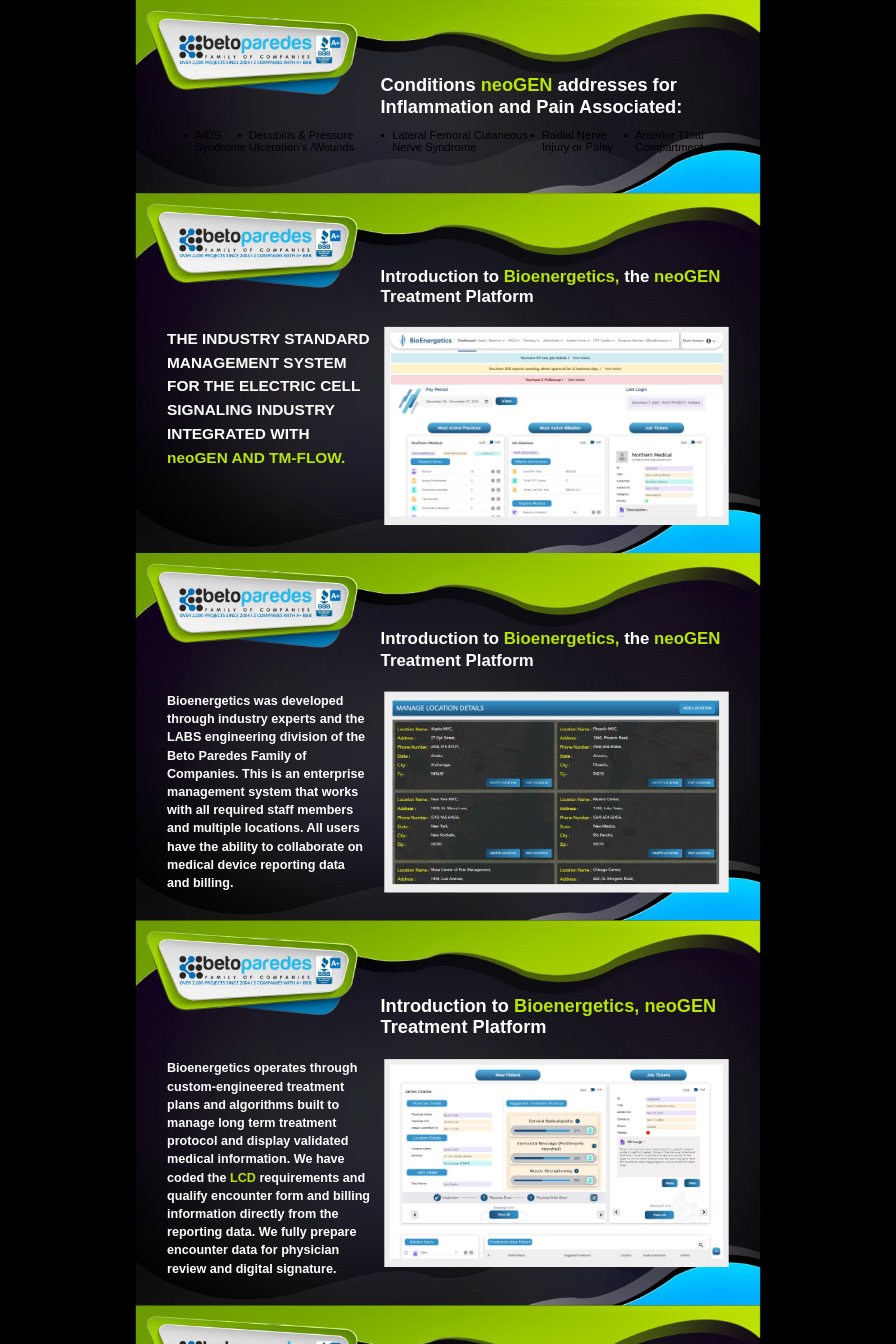
Repository: koushikbiswas/Beto_Paredes_Family_Opportunities_Intro_Deck
Page: slide29.html
An editor plug-in stored every save of this project. The page is shown before and after the next save, followed by the edit.
The browser window is 1280 px wide. The pictures show the part of the page from y = 0 to 1920 px (the page is 5036 px tall before and 5054 px after), at 70% of full size.

Above is the page before, as saved 2021-12-22 09:56:24.

After the next save:
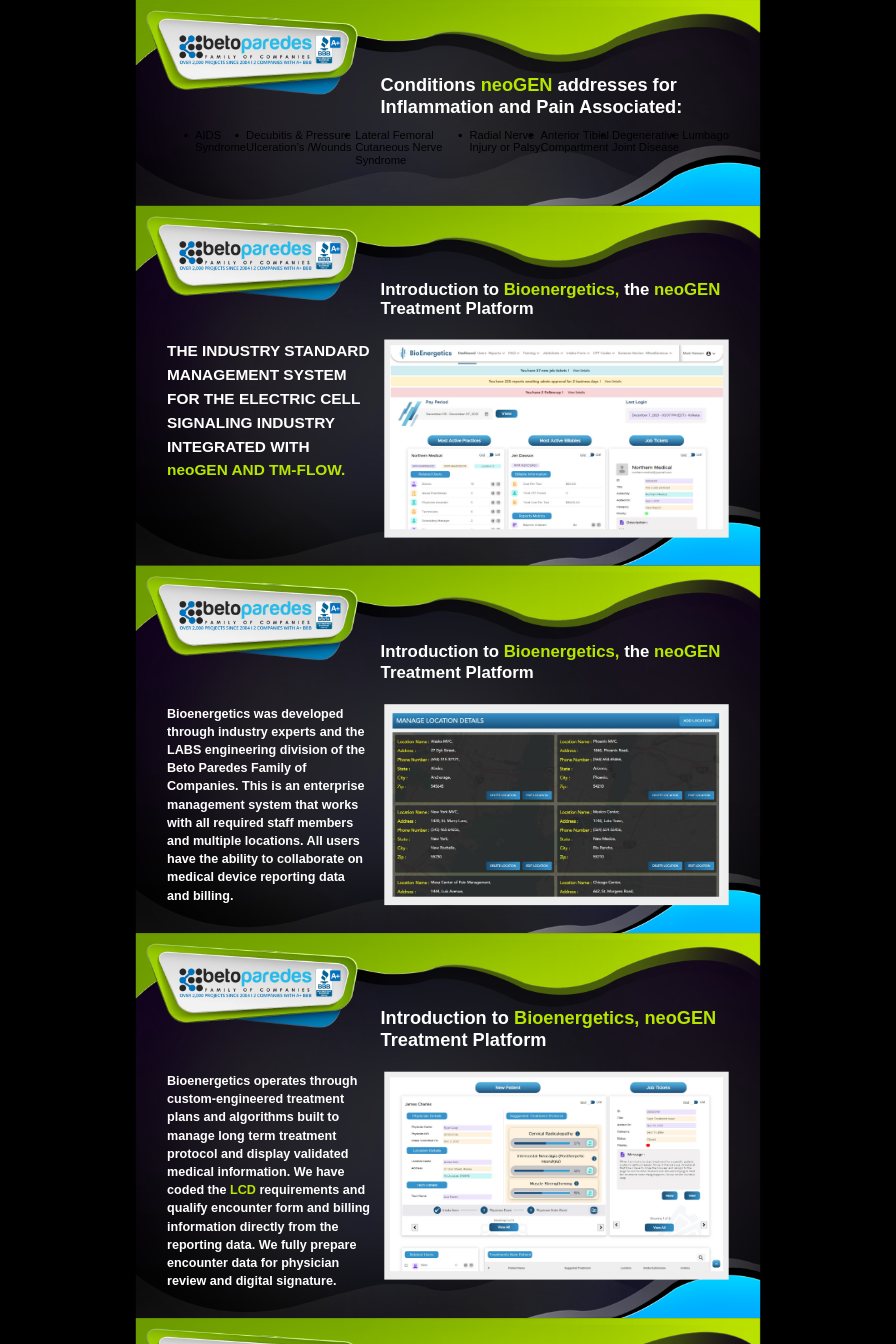
Saved 82 s later.
--- a/slide29.html
+++ b/slide29.html
@@ -28,6 +28,8 @@
                            <li>Lateral Femoral Cutaneous Nerve Syndrome</li>
                            <li>Radial Nerve Injury or Palsy</li>
                            <li>Anterior Tibial Compartment</li>
+                           <li>Degenerative Joint Disease</li>
+                           <li>Lumbago</li>
                        </ul>
                     </div>
                 </div>
